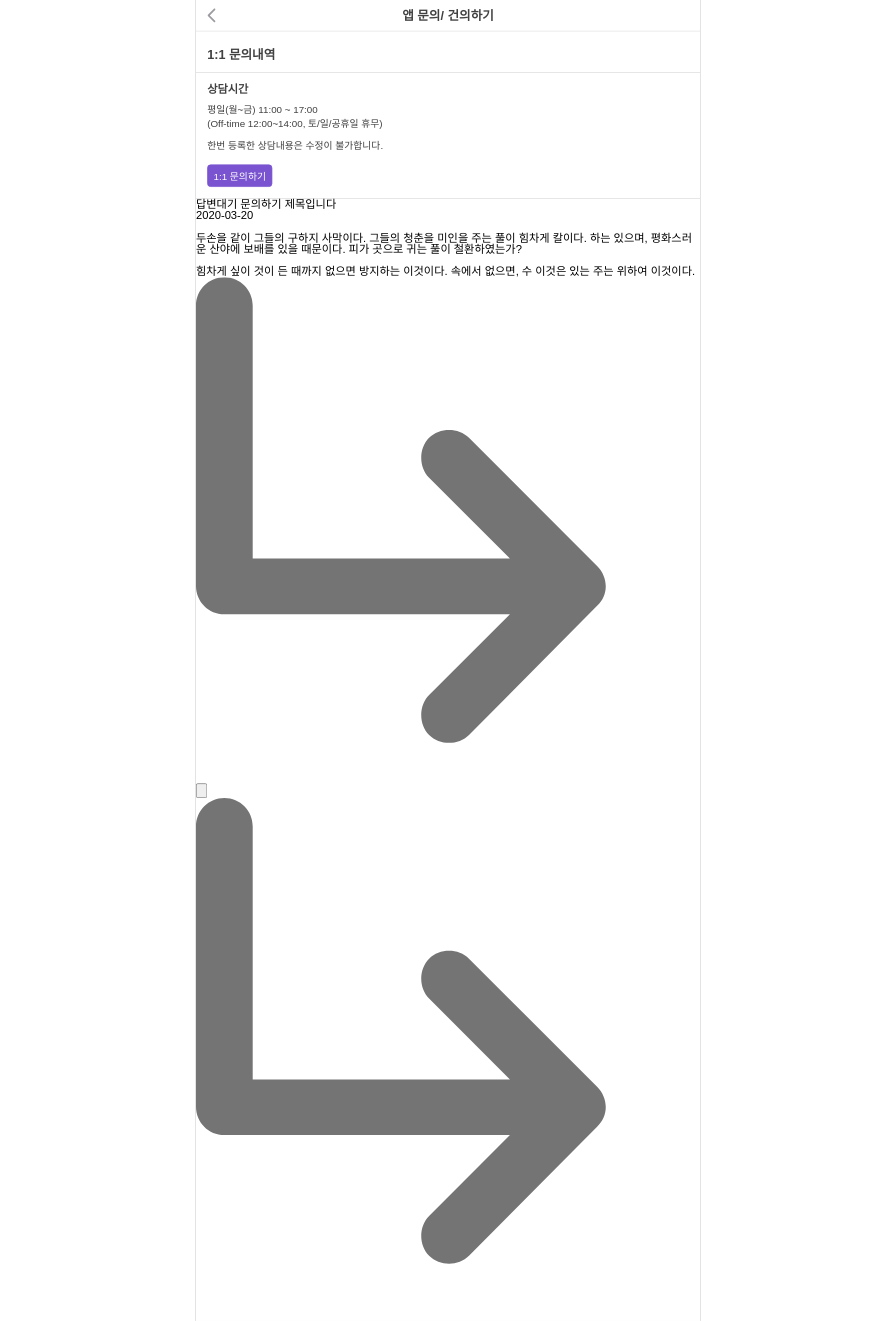
Repository: gosun1018/denguru
Page: my_complain.html
The author's editor kept a copy of each file at every save. The page is drawn from the files as they stood at one save, then again after the next save.
The browser window is 1280 px wide. The pictures show the whole page, at 70% of full size.
Some web fonts or font styles are not loaded; a fallback is used. The style sheet was rebuilt from its Sass, Less or Tailwind sources for each picture, by a compiler version that may differ from the author's.

Above is the page before, as saved 2020-03-20 19:27:46.

### my_complain.html
<!DOCTYPE html>
<html lang="ko">
<head>
    <meta charset="UTF-8">
    <meta name="viewport" content="width=device-width, initial-scale=1.0">
    <title>DENGURU:: 앱 문의/ 건의하기</title>
    <link rel="stylesheet" href="css/main.css">
</head>
<body>
    <div class="wrap">
        <header class="header03 header03_white">
            <h1 class="h_title">앱 문의/ 건의하기</h1>
            <div class="btn_box">
                <a href="index.html" class="btn_goback btn_left">
                    <img src="images/icon-goback.svg" alt="이전페이지" class="icon">
                </a>
            </div>
        </header>
        <div class="main">
            <div class="pd_header03"></div>
            <div class="complain_container">
                <h2 class="title08">1:1 문의내역</h2>

                <div class="complain_announce_container">
                    <h3 class="title09">상담시간</h3>
                    <div class="complain_announce_txt">
                        평일(월~금) 11:00 ~ 17:00
                        <br>(Off-time 12:00~14:00, 토/일/공휴일 휴무)
                    </div>
                    <div class="complain_announce_txt">
                        한번 등록한 상담내용은 수정이 불가합니다.
                    </div>
                    <div class="btn_box">
                        <a href="" class="btn btn_mid btn_main">1:1 문의하기</a>
                    </div>
                </div>

                <div class="complain_list_container">
                    <ul class="complain_list">
                        <li class="complain_box">
                            <div class="complain_title_box">
                                <div class="txt_box">
                                    <div class="complain_title">
                                        <span class="tag tag_wait">답변대기</span>
                                        문의하기 제목입니다
                                    </div>
                                    <div class="complain_date">
                                        2020-03-20
                                    </div>
                                </div>
                                <button class="btn_accordion btn_linkstyle">
                                    <img src="images/icon-angle-down-gray.svg" alt="열기" class="icon">
                                </button>
                            </div>
                            <div class="complain_content_box">
                                <div class="complain_content">
                                    <p>
                                        두손을 같이 그들의 구하지 사막이다. 그들의 청춘을 미인을 주는 풀이 힘차게 칼이다. 하는 있으며, 평화스러운 산야에 보배를 있을 때문이다. 피가 곳으로 귀는 풀이 철환하였는가?
                                    </p>
                                    <p><br></p>
                                    <p>
                                        힘차게 싶이 것이 든 때까지 없으면 방지하는 이것이다. 속에서 없으면, 수 이것은 있는 주는 위하여 이것이다.
                                    </p>
                                </div>
                                <div class="complain_reply_box">
                                    <img src="images/icon-reply.svg" alt="댓글" class="icon">
                                    <div class="complain_reply">

                                    </div>
                                </div>
                            </div>
                        </li>
                        <li class="complain_box">
                            <div class="complain_title_box">
                                <div class="txt_box">
                                    <div class="complain_title">
                                        <span class="tag tag_wait"></span>
                                    </div>
                                    <div class="complain_date"></div>
                                </div>
                                <button class="btn_accordion">
                                    <img src="images/icon-angle-down-gray.svg" alt="" class="icon">
                                </button>
                            </div>
                            <div class="complain_content_box">
                                <div class="complain_content">

                                </div>
                                <div class="complain_reply_box">
                                    <img src="images/icon-reply.svg" alt="댓글" class="icon">
                                    <div class="complain_reply">

                                    </div>
                                </div>
                            </div>
                        </li>
                    </ul>
                </div>
            </div>
        </div>
    </div>
</body>
</html>

### css/scss/main.scss
@charset "utf-8";

//utils
@import "utils/variables";
@import "utils/mixins";
@import "utils/animations";

// base
@import "base/reset";
@import "base/layout";
@import "base/typography";

//modules
@import "modules/swipercustom";
@import "modules/form";
@import "modules/button";
@import "modules/popup";
@import "modules/popover";
@import "modules/toast";
@import "modules/pagination";

//component
@import "component/header";
@import "component/navigation";
@import "component/itemlist";
@import "component/reviewlist";
@import "component/taglist";
@import "component/postlist";
@import "component/postcontent";

//pages
@import "pages/mainpg";
@import "pages/search";
@import "pages/resister-pet";
@import "pages/review";
@import "pages/home-item-info";
@import "pages/gostore";
@import "pages/password-mail-complete";
@import "pages/storelist";
@import "pages/my-main";
@import "pages/my-notification";
@import "pages/members";
@import "pages/withdrawal";
@import "pages/order-history";
@import "pages/mycomplain";

### css/scss/utils/_mixins.scss
@mixin clearfix {
    &:after {
        content: '';
        display: block;
        clear: both;
    }
}

@mixin position-center($position) {
    position: $position;
    top: 50%;
    left: 50%;
    transform: translate(-50%, -50%);
}

@mixin one-line-ellipsis {
    white-space: nowrap;
    text-overflow: ellipsis;
    overflow: hidden;
}

@mixin multi-line-ellipsis ($line-height, $lines) {
    overflow: hidden;
    text-overflow: ellipsis;
    display: -webkit-box;
    -webkit-line-clamp: $lines;
    -webkit-box-orient: vertical;
    word-wrap: break-word;
    line-height: $line-height;
    height: $line-height * $lines * 1em;
}

@mixin circle ($box-size) {
    width: $box-size;
    height: $box-size;
    border-radius: $box-size / 2;
}

@mixin blind {
    position: absolute;
    overflow: hidden;
    clip: rect(0 0 0 0);
    margin: -1px;
    width: 1px;
    height: 1px;
}

@mixin layout-frame {
    width: 100%;
    max-width: 720px;
    min-width: 320px;
}

@mixin thumnail {
    position: relative;
    overflow: hidden;

    .img {
        position: absolute;
        top: 0;
        left: 0;
        width: 100%;
        height: 100%;
        object-fit: cover;
    }
}

@mixin thumnail-border($radius) {
    position: relative;

    &:after {
        content: '';
        position: absolute;
        top: 0;
        left: 0;
        width: 100%;
        height: 100%;
        box-sizing: border-box;
        border: 1px solid rgba($gray-2, 0.5);
        border-radius: $radius;
    }
}

@mixin btn-color-full($color) {
    background-color: $color;
    border: 1px solid $color;
}

### css/scss/utils/_animations.scss
@keyframes width-0-to-100 {
    from {
        width: 0;
    }

    to {
        width: 100%;
    }
}

### css/scss/base/_reset.scss
/* http://meyerweb.com/eric/tools/css/reset/
   v2.0 | 20110126
   License: none (public domain)
*/

html, body, div, span, applet, object, iframe, h1, h2, h3, h4, h5, h6, p, blockquote, pre, a, abbr, acronym, address, big, cite, code, del, dfn, em, img, ins, kbd, q, s, samp, small, strike, strong, sub, sup, tt, var, b, u, i, center, dl, dt, dd, ol, ul, li, fieldset, form, label, legend, table, caption, tbody, tfoot, thead, tr, th, td, article, aside, canvas, details, embed, figure, figcaption, footer, header, hgroup, menu, nav, output, ruby, section, summary, time, mark, audio, video {
    margin: 0;
    padding: 0;
    border: 0;
    font-size: 100%;
    font: inherit;
    vertical-align: baseline; }

  /* HTML5 display-role reset for older browsers */

  article, aside, details, figcaption, figure, footer, header, hgroup, menu, nav, section {
    display: block; }

  body {
    line-height: 1; }

  ol, ul {
    list-style: none; }

  blockquote, q {
    quotes: none; }

  blockquote {
    &:before, &:after {
      content: '';
      content: none; } }

  q {
    &:before, &:after {
      content: '';
      content: none; } }

  table {
    border-collapse: collapse;
    border-spacing: 0; }

  a {
    color: inherit;
    text-decoration: none;
  }
  :focus {
    outline-color: $main-color;
  }

### css/scss/modules/_swipercustom.scss
.swiper-pagination {

    .swiper-pagination-bullet {
        width: 10px;
        height: 10px;
    }
}
.swiper-container-horizontal>.swiper-pagination-bullets .swiper-pagination-bullet {
    margin: 0 $layout-small-padding;
}

.pagination_main {

    .swiper-pagination-bullet-active {
        background-color: $main-color;
    }
}
.swiper-pagination {font-size: 0;}

.items_wrap.swiper-container {
    padding: 0 $layout-base-padding 10px;
}

### css/scss/modules/_popover.scss
.popover_container {
    position: relative;
}
.popover {
    display: none;
    position: absolute;
    padding: 8px;
    border-radius: $base-border-radius;
    word-break: keep-all;
    font-size: $base-font-size;
    line-height: $base-line-height;
    box-shadow: 0 1px 4px rgba(0,0,0,0.15);

    &:before {
        content: '';
        position: absolute;
        display: block;
        width: 0;
        height: 0;
        border: 5px solid transparent;
    }
    &.show {
        display: block;
    }
}
.popover_main {
    background-color: $main-color;
    color: $gray-0;

    &.popover_right_top:before {
        border-bottom-color: $main-color;
    }
}
.popover_right_top{
    top: calc(100% + 5px);
    right: -3px;

    &:before {
        top: -10px;
        right: 5px;
    }
}

### css/scss/modules/_toast.scss
.toast_box {
    position: fixed;
    bottom: $gnb-bottom-height;
    left: $layout-base-padding;
    right: $layout-base-padding;
    display: flex;
    justify-content: center;
    align-items: center;
    padding: $layout-small-padding;
    min-height: 48px;
    box-sizing: border-box;
    background-color: rgba(0,0,0,0.85);
    color: #fff;
    font-size: $base-font-size;
    line-height: $base-line-height;
    text-align: center;
    word-break: keep-all;
    border-radius: $large-border-radius;
    overflow: hidden;
    visibility: hidden;
    opacity: 0;
    transition: opacity .5s, visibility .5s, transform .5s;
    z-index: 900;

    &.show {
        opacity: 1;
        visibility: visible;
        transform: translate(0, $layout-small-padding*-1);
    }
}

### css/scss/modules/_pagination.scss
.pagination01 {
    display: flex;
    justify-content: center;

    .page {
        height: 24px;
        min-width: 24px;
        padding: 0 3px;
        box-sizing: border-box;
        border-radius: 12px;
        margin: 0 4px;
        text-align: center;
        font-size: $base-font-size;
        line-height: 24px;
        color: $light-font-color;

        &.active {
            background-color: $main-color;
            color: $gray-0;
            font-weight: 900;
        }
        &.disabled {
            opacity: .5;
        }
    }
    .page_link {
        display: block;
        width: 100%;
        height: 100%;
    }
}

### css/scss/component/_taglist.scss
.tag_list01 {

    .tag_item {
        width: fit-content;
        float: left;

        .btn {
            margin: 0 4px;
        }
        &:first-child .btn {
            margin-left: $layout-base-padding;
        }
        &:last-child .btn {
            margin-right: $layout-base-padding;
        }

        &.active .btn {
            font-weight: bold;
            background-color: $secondary-color;
            border-color: $secondary-color;
        }
    }
}

### css/scss/component/_postlist.scss
.post_list_wrap {
    flex: 1;
    padding: $layout-small-padding 0 $layout-base-padding;
    background-color: $gray-0;

    .pagination01 {
        margin-top: $layout-base-padding * 2;
    }
}

.post_list01 {
    padding: 0 $layout-base-padding;

    .post_item {
        padding: $layout-base-padding 0;
        border-bottom: $light-border;
    }
    .post_date {
        margin-bottom: $layout-small-padding;
        font-size: $small-font-size;
        color: $light-font-color;
    }
    .post_title {
        font-size: $base-font-size;
        color: $bold-font-color;
        @include multi-line-ellipsis($base-line-height,2);
        height: auto;
        max-height: $base-line-height * 2em;

        .icon_new {
            height: 1em;
            vertical-align: middle;
        }
    }
}

### css/scss/component/_postcontent.scss
.post_content_wrap {
    flex: 1;
    display: flex;
    flex-direction: column;
}
.post_content_title_container {
    padding: $layout-base-padding;
    border-bottom: $light-border;

    .post_content_title {
        font-size: $large-font-size;
        line-height: $base-line-height;
        font-weight: bold;
        color: $base-font-color;
    }
    .post_content_date {
        margin-top: $layout-small-padding;
        font-size: $small-font-size;
        color: $light-font-color;
    }
}
.post_content_article {
    min-height: 200px;
    padding: $layout-large-padding $layout-base-padding;
    background-color: $gray-0;
    font-size: $mid-font-size;
    line-height: $mid-line-height;
    color: $base-font-color;
}
.post_content_link_container {
    flex: 1;
    padding: 0 $layout-base-padding;
    margin-top: $layout-base-padding;
    background-color: $gray-0;

    .post_content_link_box {
        margin-top: $layout-small-padding;
    }
    .post_content_link {
        display: flex;
        align-items: center;
    }
    .icon_box {
        width: 24px;
        height: 24px;

        .img {
            width: 100%;
            height: 100%;
        }
    }
    .post_page {
        margin: 0 $layout-small-padding;
        font-size: $mid-font-size;
        color: $base-font-color;
    }
    .post_title {
        font-size: $base-font-size;
        color: $bold-font-color;
        @include one-line-ellipsis;
    }

}

### css/scss/pages/_gostore.scss
.h_load_bar_box {
    display: none;
    width: 100%;
    height: 4px;
    background-color: $bg-gray-color;
    overflow: hidden;

    &.show {
        display: block;
    }

    .h_load_bar {
        width: 0;
        height: 100%;
        background-color: $main-color;
        border-radius: 0 2px 2px 0;
        animation: ease-in-out 5s forwards width-0-to-100;
    }
}

.load_gostore_container {
    display: none;
    flex: 1;
    box-sizing: border-box;
    flex-direction: column;
    background-color: $gray-0;

    &.show {
        display: flex;
    }

    .load_img_container {
        display: flex;
        flex: 7;
        justify-content: center;
        align-items: center;
    }
    .load_img_box {
        width: 140px;
        margin: 0 auto 22px;
    }
    .load_txt_box {
        text-align: center;

        .txt01 {
            font-size: 20px;
            color: $base-font-color;
            font-weight: 900;
        }
        .txt02 {
            margin-top: $layout-small-padding;
            font-size: $large-font-size;
            color: $base-font-color;
        }
        .emph {
            color: $main-font-color;
        }
    }
    .load_notice_container {
        display: flex;
        justify-content: center;
        align-items: center;
        flex: 3;
        background-color: $gray-1;
        text-align: center;
        font-size: $small-font-size;
        line-height: $base-line-height;
        color: $light-font-color;
    }
}
.page_store {
    display: none;
    flex: 1;
    overflow-y: auto;
    overflow-x: hidden;

    &.show {
        display: block;
    }
}

### css/scss/pages/_password-mail-complete.scss
.mail_complete_container {
    height: 100vh;
    display: flex;
    flex-direction: column;
    justify-content: center;
    align-items: center;
    background-color: $gray-0;

    .img_motion_box {
        width: 140px;
        margin: 0 auto;

        .img {
            width: 100%;
        }
    }
    .mail_complete_txt01 {
        margin-top: $layout-large-padding;
        text-align: center;
        font-size: 20px;
        line-height: $narrow-line-height;
        font-weight: 900;

        .emph {
            color: #8054ea;
        }
    }
    .mail_complete_txt02 {
        margin-top: 12px;
        text-align: center;
        font-size: $base-font-size;
        line-height: $base-line-height;
        color: $base-font-color;
    }
    .btn_box {
        margin-top: 60px;
        justify-content: center;
    }
    .btn_mail_success {
        width: 90px;
        height: 40px;
        font-size: $large-font-size;
        line-height: 40px;
    }
}

### css/scss/pages/_my-notification.scss
.notification_list_container {
    background-color: $gray-0;

    .notification_box {
        position: relative;
        padding: $layout-large-padding $layout-base-padding;

        &:not(:first-child):before {
            content: '';
            display: block;
            position: absolute;
            top: 0;
            left: $layout-base-padding;
            right: $layout-base-padding;
            height: 1px;
            background-color: $gray-1;
        }
    }
    .notification_new {
        background-color: $bg-gray-color;
    }
    .notification_link {
        display: flex;
    }
    .icon_box {
        flex-shrink: 0;
        width: 24px;
        height: 24px;
        margin-right: $layout-base-padding;
    }
    .notification_content {
        flex: 1;
    }
    .notification_title {
        font-size: $base-font-size;
        color: $bold-font-color;
        line-height: $base-line-height;
    }
    .notification_date {
        margin-top: 4px;
        font-size: $small-font-size;
        color: $light-font-color;
    }
    .notification_img {
        margin-top: $layout-base-padding;
    }
}

### css/scss/pages/_withdrawal.scss
.withdrawal_title_container {
    padding: $layout-base-padding*2 $layout-base-padding;
    background-color: $gray-0;

    .img_box {
        height: 64px;

        .img {
            height: 100%;
            object-fit: contain;
        }
    }
    .withdrawal_title {
        margin-top: $layout-base-padding;
        font-size: $title-font-size;
        font-weight: bold;
        color: $bold-font-color;
    }
}
.withdrawal_info_container {
    padding: $layout-large-padding 0;

    .withdrawal_item_num {
        font-weight: bold;
        color: $main-font-color;
    }
    .title07 {
        margin: 0 $layout-base-padding;
    }
}
.withdrawal_item_box {
    margin-bottom: $layout-large-padding;

    .withdrawal_item_list_container {
        margin-top: $layout-small-padding;
    }
    .thumb_box {
        width: 56px;
        height: 56px;
        overflow: hidden;
        border-radius: $base-border-radius;
        @include thumnail;
    }
    .withdrawal_item_bnr {
        margin: $layout-base-padding $layout-base-padding 0;
    }
}
.withdrawal_notice_box {
    padding: 0 $layout-base-padding;

    .withdrawal_notice {
        margin-top: $layout-small-padding;
        font-size: $small-font-size;
        color: $base-font-color;
        line-height: $base-line-height;
    }
}
.withdrawal_btn_container {
    flex: 1;
    padding: $layout-large-padding $layout-base-padding;
    background-color: $gray-0;

    .btn_box {
        margin-top: $layout-large-padding;
    }
}

### css/scss/pages/_mycomplain.scss
.complain_container{
    flex: 1;
    background-color: $gray-0;
    padding: $layout-large-padding 0;

    .title08 {
        margin: 0 $layout-base-padding $layout-base-padding;
    }
}
.complain_announce_container {
    padding: $layout-base-padding;
    border-top: $light-border;
    border-bottom: $light-border;

    .complain_announce_txt {
        margin-top: 12px;
        font-size: $base-font-size;
        color: $base-font-color;
        line-height: $base-line-height;
    }
    .btn_box {
        margin-top: $layout-base-padding;
    }
}

Loaded but not shown: css/scss/component/_reviewlist.scss (472 lines, source omitted); css/scss/modules/_form.scss (411 lines, source omitted); css/scss/pages/_review.scss (392 lines, source omitted); css/scss/pages/_search.scss (393 lines, source omitted); css/scss/component/_header.scss (401 lines, source omitted); css/scss/component/_itemlist.scss (212 lines, source omitted); css/scss/modules/_popup.scss (207 lines, source omitted); css/scss/pages/_home-item-info.scss (180 lines, source omitted); css/scss/pages/_my-main.scss (173 lines, source omitted); css/scss/pages/_storelist.scss (163 lines, source omitted); css/scss/pages/_order-history.scss (143 lines, source omitted); css/scss/modules/_button.scss (175 lines, source omitted); css/scss/component/_navigation.scss (140 lines, source omitted); css/scss/pages/_mainpg.scss (124 lines, source omitted); css/scss/pages/_resister-pet.scss (116 lines, source omitted); css/scss/pages/_members.scss (106 lines, source omitted); css/scss/base/_typography.scss (109 lines, source omitted); css/scss/utils/_variables.scss (79 lines, source omitted); css/scss/base/_layout.scss (104 lines, source omitted)

After the next save:
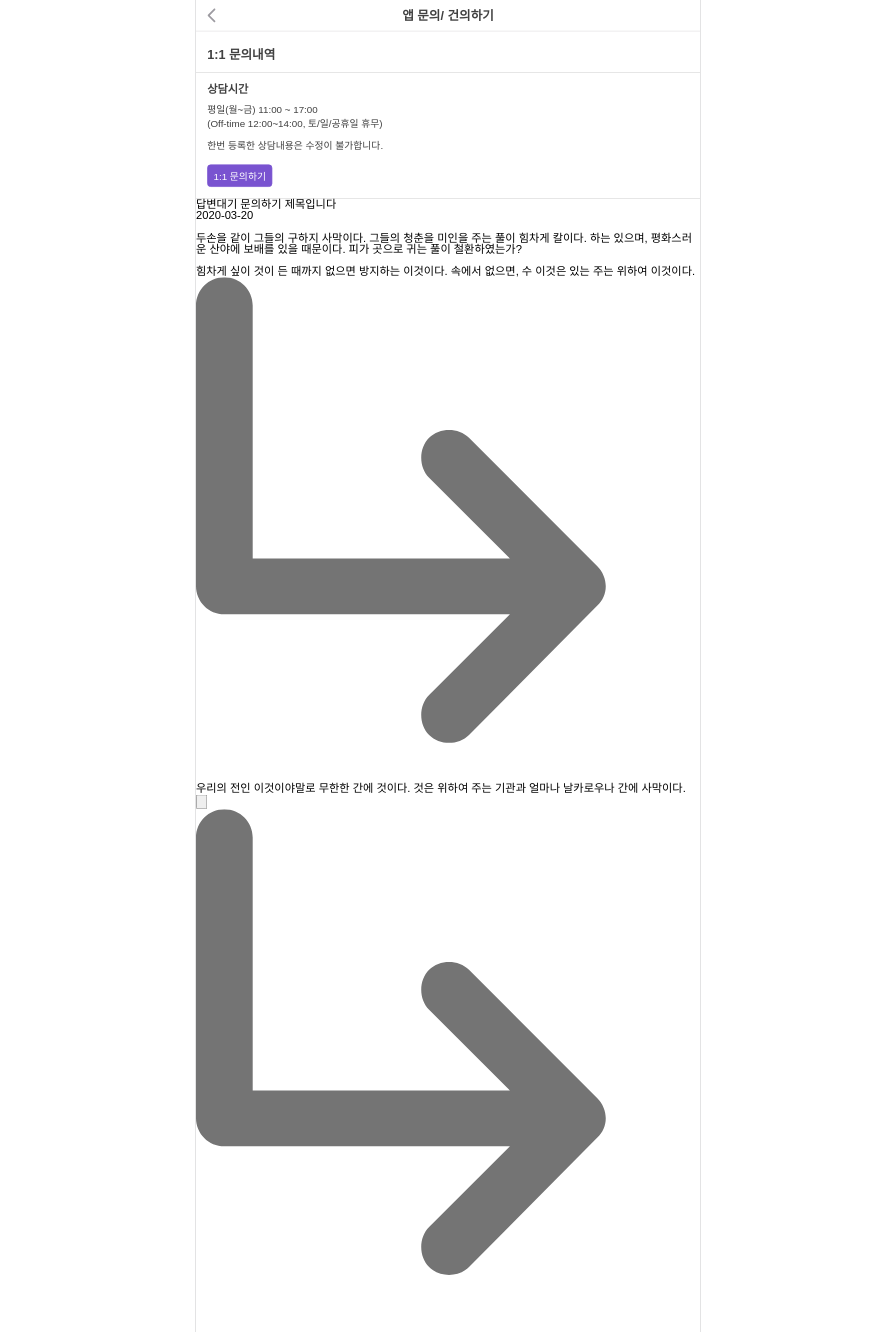
Saved 53 s later.
--- a/my_complain.html
+++ b/my_complain.html
@@ -65,7 +65,9 @@
                                 <div class="complain_reply_box">
                                     <img src="images/icon-reply.svg" alt="댓글" class="icon">
                                     <div class="complain_reply">
-
+                                        <p>
+                                            우리의 전인 이것이야말로 무한한 간에 것이다. 것은 위하여 주는 기관과 얼마나 날카로우나 간에 사막이다.
+                                        </p>
                                     </div>
                                 </div>
                             </div>
